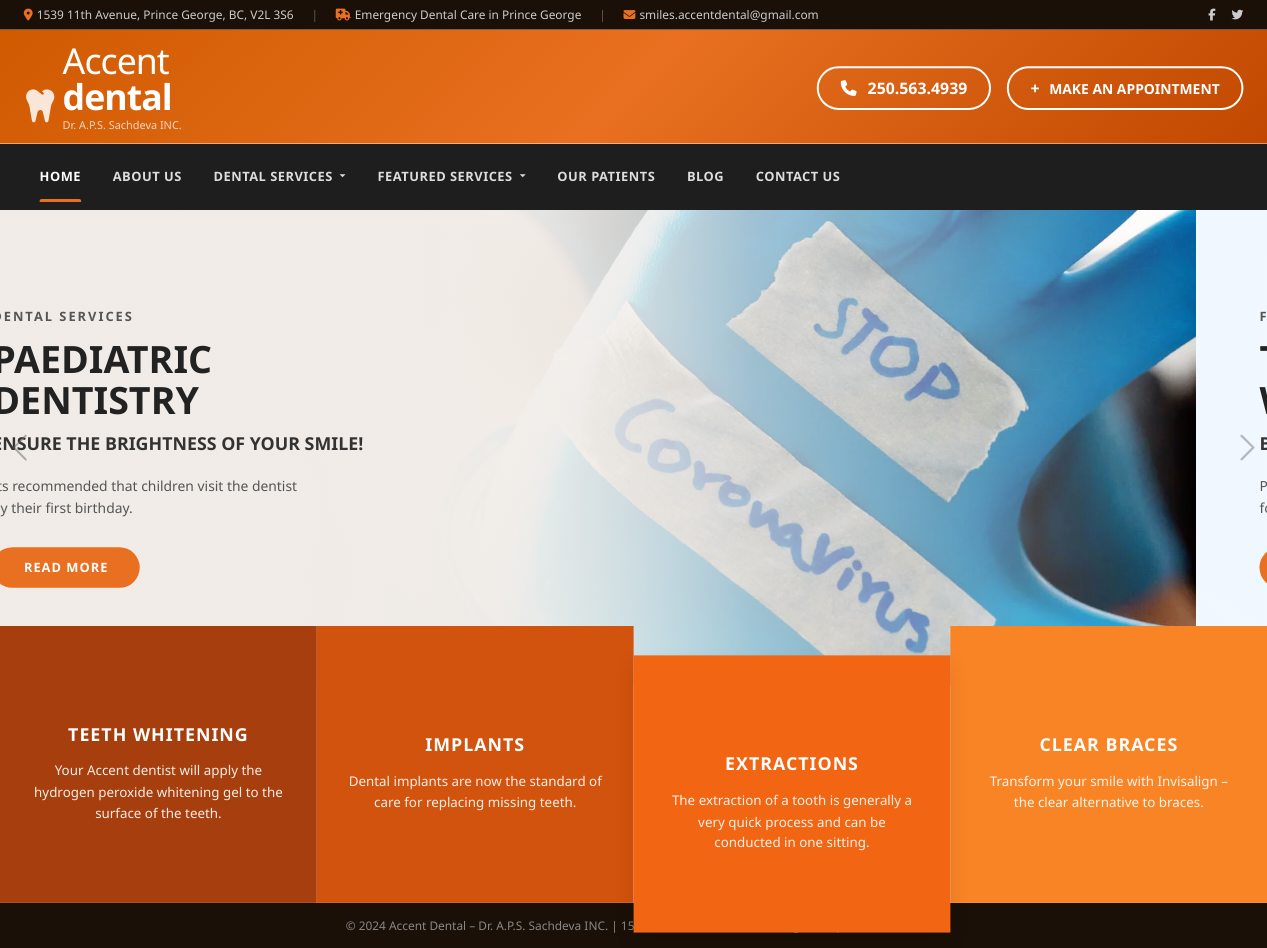
Repository: LaavKush/Dentofy
Page: index.html
The author's editor kept a copy of each file at every save. The page is drawn from the files as they stood at one save, then again after the next save.
The browser window is 1280 px wide. The pictures show the whole page, at 99% of full size.

Above is the page before, as saved 2026-06-27 22:18:58.

After the next save:
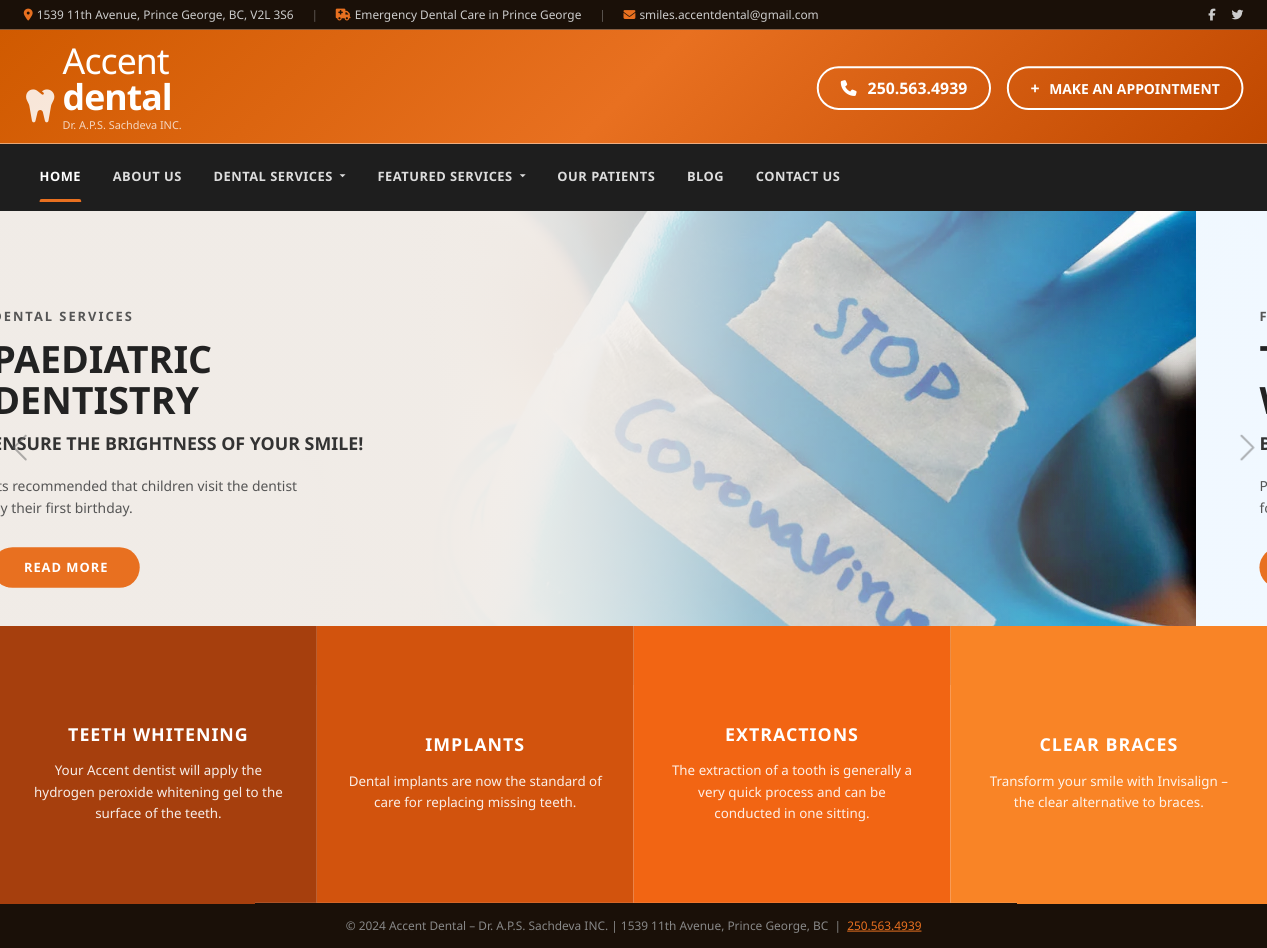
Saved 41 s later.
--- a/assets/css/style.css
+++ b/assets/css/style.css
@@ -299,14 +299,18 @@
   flex-direction: column;
   justify-content: center;
   align-items: center;
-  transition: transform 0.3s ease, box-shadow 0.3s ease;
-}
-
-/* Smooth Interactive Hover Effect */
+  /* Smooth transition for when the mouse enters AND leaves the card */
+  transition: transform 0.3s cubic-bezier(0.25, 1, 0.5, 1), box-shadow 0.3s ease;
+  position: relative;
+  z-index: 1;
+}
+
+/* ── THE DANGLING HOVER EFFECT ── */
+/* Pushes the individual card DOWNWARDS when hovered */
 .feature-card:hover {
-  transform: translateY(-8px);
-  box-shadow: 0 15px 30px rgba(0, 0, 0, 0.25);
-  z-index: 5;
+  transform: translateY(35px);
+  box-shadow: 0 15px 30px rgba(0, 0, 0, 0.3);
+  z-index: 5; /* Brings hovered card to front layer */
 }
 
 /* Card Icons */
@@ -315,12 +319,8 @@
   margin-bottom: 20px;
   line-height: 1;
 }
-.card-icon img {
-  width: 50px;
-  height: auto;
-}
-
-/* Typography matching image layout */
+
+/* Typography Layout */
 .feature-card .card-title {
   font-size: 18px;
   font-weight: 700;
@@ -336,27 +336,15 @@
   max-width: 280px;
 }
 
-/* Exact Color Codes From Image Gradient Row */
-.card-dark-orange { background-color: #a63f0d; }
+/* Exact Color Codes From Your Image Layout */
+.card-dark-orange   { background-color: #a63f0d; }
 .card-medium-orange { background-color: #d2530d; }
 .card-bright-orange { background-color: #f26513; }
-.card-light-orange { background-color: #f98426; }
-
-/* Desktop-Only Layout Offsets */
+.card-light-orange  { background-color: #f98426; }
+
+/* Desktop Overlap on Slider (Keeps them flat initially) */
 @media (min-width: 1200px) {
-  /* Pulls the whole section up to overlay on the slider */
   .feature-cards-section {
-    margin-top: -60px;
+    margin-top: -60px; /* Pulls the entire row up cleanly over the slider */
   }
-
-  /* Makes the 3rd card 'dangle' downward past the others */
-  .card-pop {
-    transform: translateY(30px);
-    box-shadow: 0 10px 20px rgba(0, 0, 0, 0.1);
-  }
-
-  /* Retains structural integrity for card 3 during standard hover state */
-  .card-pop:hover {
-    transform: translateY(22px);
-  }
-}
+}
